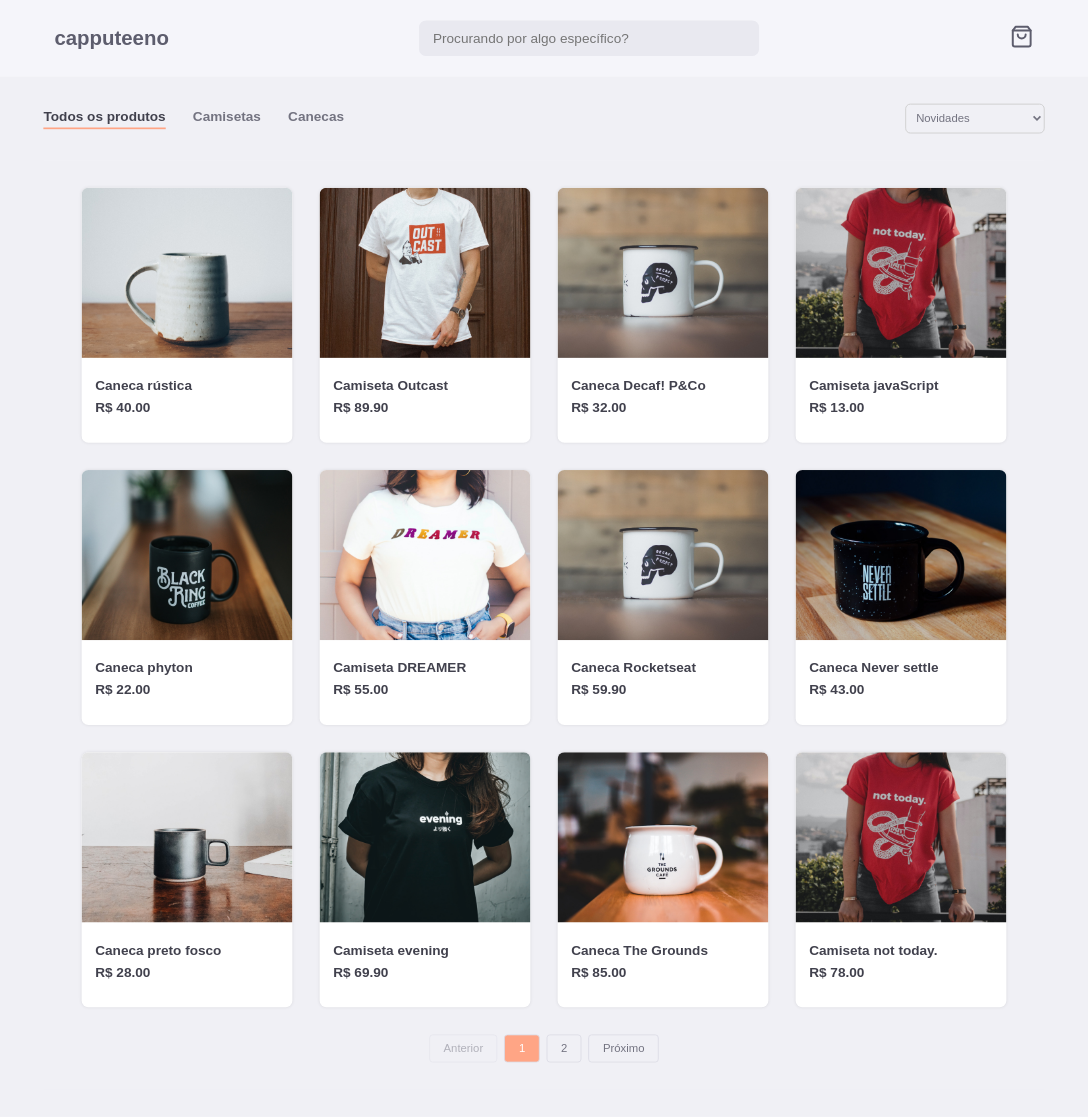
Repository: Biel-barbosa/capputeenoecomerce
Page: /
These files come from the project's save history. The page is drawn as it stood at one moment and after the next save; the edit follows.
The browser window is 1280 px wide. The pictures show the whole page, at 85% of full size.
The project was rebuilt for these pictures with package versions that can differ from the ones it lists, and the page was loaded fresh each time. The framework's server and built-in components were replaced by stand-ins that run in the browser. Also part of the build but not shown: next.config.ts.

Above is the page before, as saved 2025-04-25 14:02:00.

After the next save:
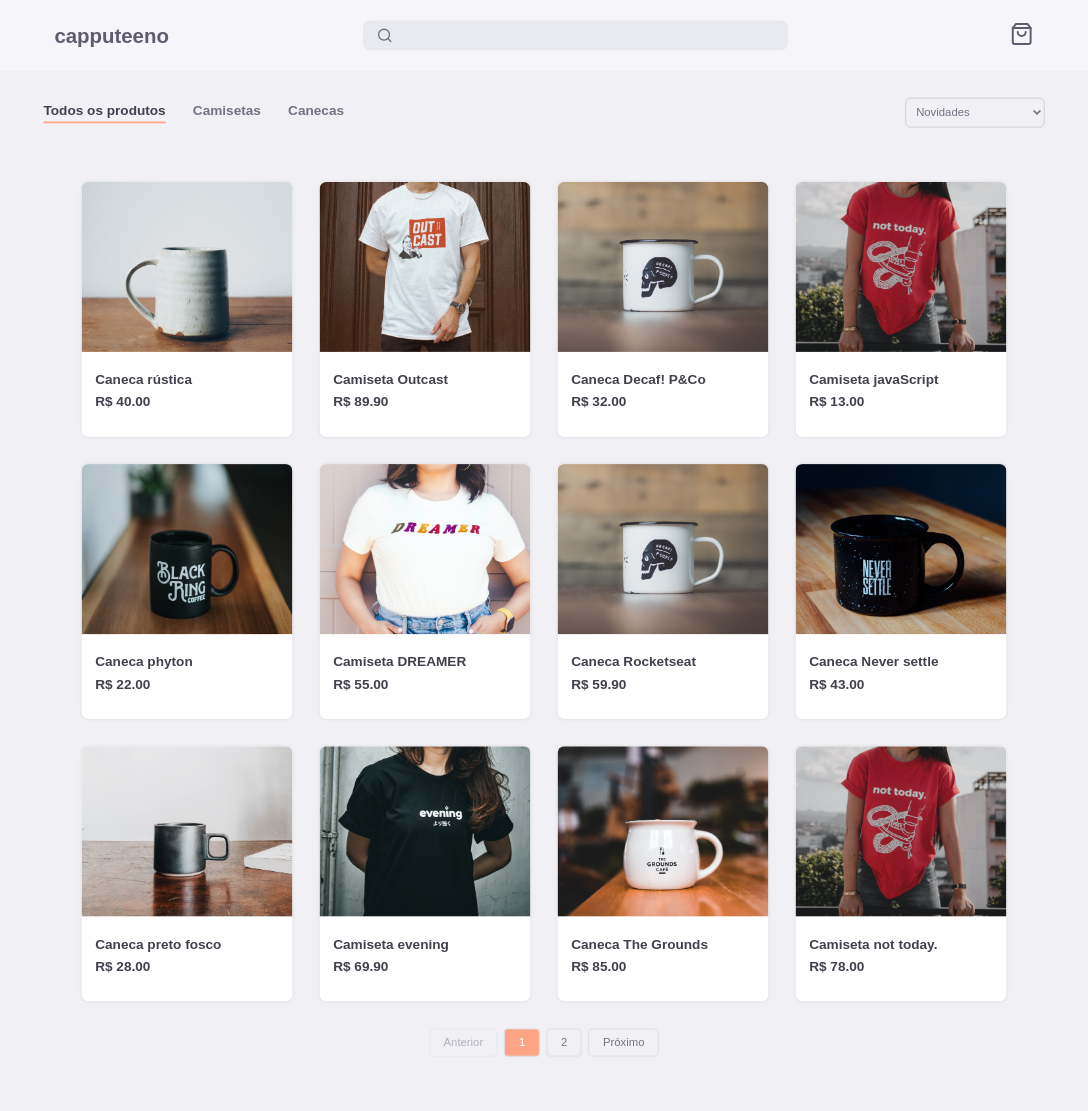
Saved 18 min 19 s later.
--- a/src/components/Header.tsx
+++ b/src/components/Header.tsx
@@ -1,7 +1,7 @@
 'use client';
 
 import styled from 'styled-components';
-import { FiShoppingBag } from 'react-icons/fi';
+import { FiShoppingBag, FiSearch } from 'react-icons/fi';
 import Link from 'next/link';
 import { useCart } from '@/contexts/CartContexts';
 
@@ -17,8 +17,6 @@ const HeaderContainer = styled.header`
   align-items: center;
   justify-content: space-between;
   background-color: #f5f5fa;
-  flex-wrap: wrap;
-  gap: 1rem;
   box-sizing: border-box;
 
   @media (max-width: 1024px) {
@@ -26,10 +24,9 @@ const HeaderContainer = styled.header`
   }
 
   @media (max-width: 768px) {
-    padding: 1rem 1.5rem;
     flex-direction: column;
-    align-items: flex-start;
-    gap: 1.5rem;
+    align-items: stretch;
+    gap: 1rem;
   }
 `;
 
@@ -38,32 +35,38 @@ const Logo = styled.h1`
   font-weight: 600;
   color: #5d5d6d;
   margin: 0;
+  white-space: nowrap;
+`;
+
+const SearchWrapper = styled.div`
   flex: 1;
+  max-width: 500px;
+  display: flex;
+  align-items: center;
+  background: #e9e9f0;
+  padding: 0.5rem 1rem;
+  border-radius: 8px;
+
+  svg {
+    font-size: 1.2rem;
+    color: #737380;
+    margin-right: 0.5rem;
+  }
 
   @media (max-width: 768px) {
-    font-size: 1.25rem;
+    width: 100%;
   }
 `;
 
 const SearchInput = styled.input`
+  border: none;
+  background: transparent;
   flex: 1;
-  max-width: 400px;
-  margin: 0 2rem;
-  padding: 0.75rem 1rem;
-  border: none;
-  border-radius: 8px;
-  background: #e9e9f0;
   font-size: 1rem;
   color: #737380;
 
   &:focus {
-    outline: 2px solid #115d8c;
-  }
-
-  @media (max-width: 768px) {
-    margin: 0;
-    width: 100%;
-    order: 3;
+    outline: none;
   }
 `;
 
@@ -72,6 +75,7 @@ const CartButton = styled.button`
   background: none;
   border: none;
   cursor: pointer;
+  margin-left: 2rem;
 
   svg {
     font-size: 1.75rem;
@@ -79,7 +83,8 @@ const CartButton = styled.button`
   }
 
   @media (max-width: 768px) {
-    font-size: 1.5rem;
+    margin-left: 0;
+    align-self: flex-end;
   }
 `;
 
@@ -93,11 +98,6 @@ const CartCount = styled.span`
   font-size: 0.75rem;
   padding: 0.25rem 0.5rem;
   line-height: 1;
-
-  @media (max-width: 768px) {
-    font-size: 0.65rem;
-    padding: 0.2rem 0.4rem;
-  }
 `;
 
 const Header = ({ onSearch }: HeaderProps) => {
@@ -109,11 +109,13 @@ const Header = ({ onSearch }: HeaderProps) => {
         <Logo>capputeeno</Logo>
       </Link>
 
-      <SearchInput
-        type="text"
-        placeholder="Procurando por algo específico?"
-        onChange={(e) => onSearch?.(e.target.value)}
-      />
+      <SearchWrapper>
+        <FiSearch />
+        <SearchInput
+          type="text"
+          onChange={(e) => onSearch?.(e.target.value)}
+        />
+      </SearchWrapper>
 
       <Link href="/cart" passHref>
         <CartButton>
